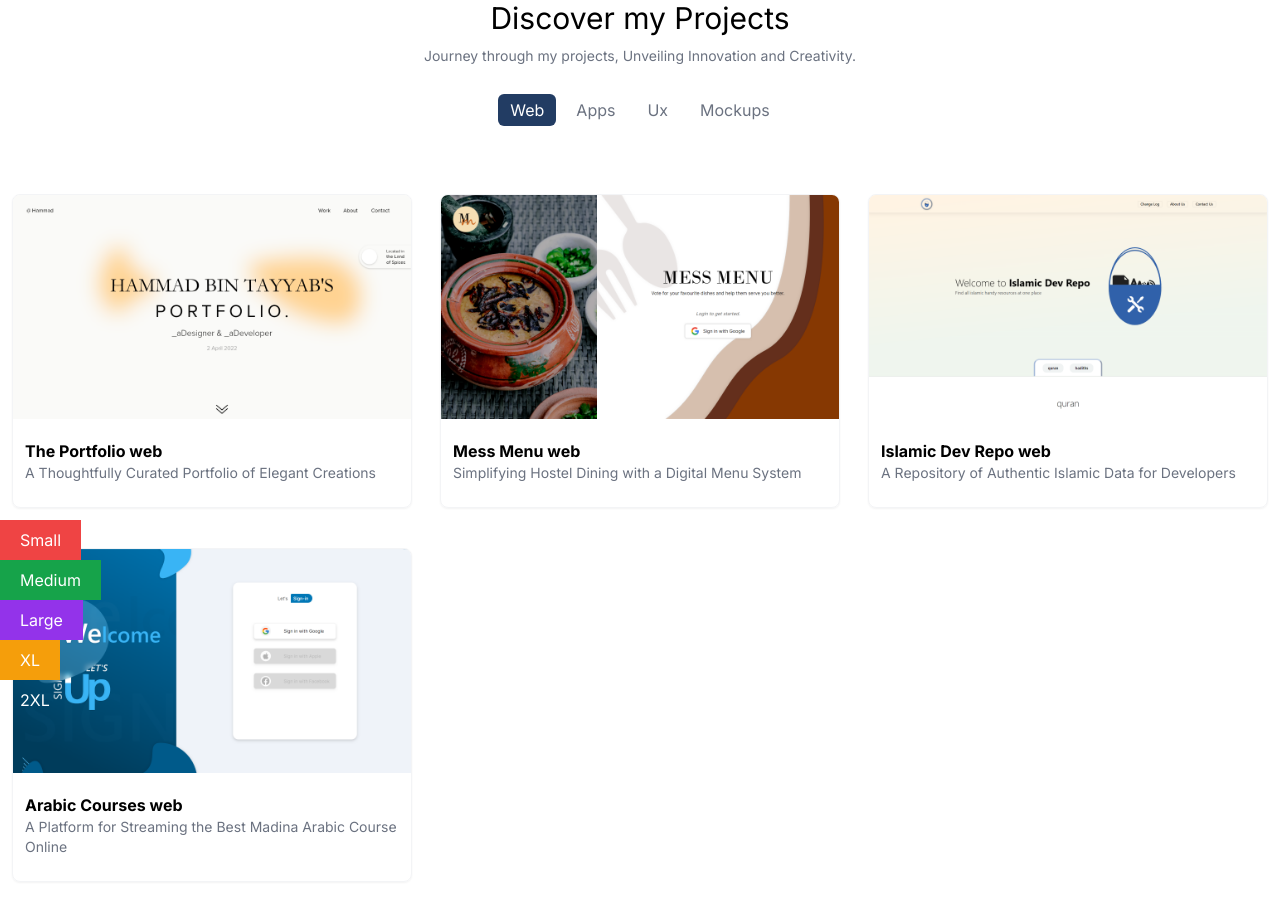
Repository: SpicierEwe/my_portfolio_v2
Page: /
An editor plug-in stored every save of this project. The page is shown before and after the next save, followed by the edit.
The browser window is 1280 px wide. The pictures show the whole page.
The project was rebuilt for these pictures with package versions that can differ from the ones it lists, and the page was loaded fresh each time. The framework's server and built-in components were replaced by stand-ins that run in the browser. Also part of the build but not shown: next.config.js, core/utils/customIcons.js, core/utils/utils.tsx, core/db/sub_db_data/ux_db.js.

Above is the page before, as saved 2024-04-22 12:01:43.

### app/page.tsx
import DevicePreview from "@/Components/Device_preview/device_preview";
import HeroSection from "@/Components/Hero_section/hero_section";
import WorkSection from "@/Components/Work_section/work_section";
import Image from "next/image";

export default function Home() {
  return (
    <main>
      <div className="absolute z-30 overflow-hidden bottom-0 ">
        <DevicePreview />
      </div>
      {/* <div className="overflow-hidden">
        <HeroSection />
      </div> */}

      <WorkSection />
    </main>
  );
}

### app/globals.css
@layer base {

  @font-face {
    font-family: 'Garamond';
    src: url('../public/fonts/EBGaramond-VariableFont_wght.ttf');

  }

  @font-face {
    font-family: 'Proxima Nova';
    src: url('../public/fonts/MarkSimonsonProximaNovaRegular.otf');
    font-weight: normal;
    font-style: normal;
  }


  @font-face {
    font-family: "Rage";
    src: url("../public/fonts/rage.ttf");
  }
}

@tailwind base;
@tailwind components;
@tailwind utilities;

:root {
  --foreground-rgb: 0, 0, 0;
  --background-start-rgb: 214, 219, 220;
  --background-end-rgb: 255, 255, 255;

}

@media (prefers-color-scheme: dark) {
  :root {
    --foreground-rgb: 255, 255, 255;
    --background-start-rgb: 0, 0, 0;
    --background-end-rgb: 0, 0, 0;
  }
}

body {

  /* background: #F5F5F5; */
}

### Components/Device_preview/device_preview.tsx
"use client";

import { use, useEffect, useState } from "react";

export default function DevicePreview() {
  return (
    <main className="flex flex-col justify-end ">
      {/* xs */}
      <div className=" text-right ">
        <p className="xs:bg-brand-color w-min text-white px-5 py-2">XS</p>
      </div>
      {/* sm */}
      <div className=" text-right ">
        <p className="sm:bg-red-500 w-min text-white px-5 py-2">Small</p>
      </div>
      {/* md */}
      <div className=" text-right ">
        <p className="md:bg-green-600 w-min px-5 py-2 text-white">Medium</p>
      </div>
      {/* lg */}
      <div className=" text-right ">
        <p className="lg:bg-purple-600 w-min px-5 py-2 text-white">Large</p>
      </div>
      {/* xl */}
      <div className=" text-right ">
        <p className="xl:bg-amber-500 w-min px-5 py-2 text-white">XL</p>
      </div>
      {/* 2xl */}
      <div className=" text-right ">
        <p className="2xl:bg-cyan-600 w-min px-5 py-2 text-white">2XL</p>
      </div>
    </main>
  );
}

### Components/Work_section/work_section.tsx
"use client";

import { db } from "../../core/db/db";
import Image from "next/image";
import Link from "next/link";
import { useState } from "react";

export default function WorkSection() {
  const navItems: string[] = Object.keys(db.portfolioItems);
  const [selectedNavItemIndex, setSelectedNavItemIndex] = useState<number>(0);
  return (
    <section className="">
      {/* header */}
      <header className="flex flex-col items-center pt-7">
        <h2 className="text-center text-2xl md:text-3xl">
          Discover my Projects
        </h2>
        <p className="text-center text-sm mt-2.5 text-gray-500">
          Journey through my projects, Unveiling Innovation and Creativity.
        </p>
      </header>
      {/* nav */}
      <nav>
        <ul className="flex justify-center mt-7 gap-2 flex-wrap">
          {navItems.map((item, index) => {
            const isSelected: Boolean = selectedNavItemIndex == index;
            return (
              <li
                className={`${
                  isSelected ? "bg-brand-color" : ""
                } px-3 py-1 rounded-md cursor-pointer`}
                onClick={() => setSelectedNavItemIndex(index)}
                key={index}
              >
                <Link
                  href="#"
                  className={`${
                    isSelected ? "text-white" : "text-gray-500"
                  } capitalize`}
                >
                  {item}
                </Link>
              </li>
            );
          })}
        </ul>
      </nav>

      <main>
        {/* projects */}
        <div className="grid grid-cols-1 sm:grid-cols-2 lg:grid-cols-3 gap-7 mt-14 px-3 py-3 sm:px-14 md:px-24">
          {(db.portfolioItems as any)[navItems[selectedNavItemIndex]].map(
            (item: any, index: number) => {
              const selectedNavItemName: string =
                navItems[selectedNavItemIndex];
              const projectName: string = item["projectName"];
              const imageLink: string = item["imageLink"];
              const tagLine = item["projectTagLine"];
              return (
                <div
                  key={index}
                  className="cursor-pointer shadow-sm rounded-lg overflow-hidden mb-3 border border-gray-100 hover:bg-gray-100 hover:border-gray-300
                  transition transform duration-300 ease-in-out"
                >
                  <Image
                    className="" // Group-based scaling
                    src={imageLink}
                    alt={projectName}
                    height={100}
                    width={100}
                    layout="responsive"
                  />
                  <div className="ml-3 mb-6 mt-5">
                    <p className="font-bold">
                      {projectName} {selectedNavItemName}
                    </p>
                    <p className="text-gray-500 text-sm">{tagLine}</p>
                  </div>
                </div>
              );
            }
          )}
        </div>
      </main>
    </section>
  );
}

### core/db/db.js
import { websitesDb } from "./sub_db_data/websites_db";
import { appsDb } from "./sub_db_data/apps_db";
import { uxDb } from "./sub_db_data/ux_db";
import { mockupsDb } from "./sub_db_data/mockups_db";

export const db = {
  portfolioItems: {
    web: websitesDb,
    apps: appsDb,
    ux: uxDb,
    mockups: mockupsDb,
  },
};

### core/db/sub_db_data/websites_db.js
import { embedCustomLinks } from "../../utils/utils";

export const websitesDb = [
  {
    projectName: "The Portfolio",
    projectId: "e2f9658b-f9bb-4d2c-ac8c-113a56d9204f",
    projectTagLine: "A Thoughtfully Curated Portfolio of Elegant Creations",
    link: "https://hammadtayyab.vercel.app/",
    imageLink: "/images/websites/my_portfolio.png",
    info: "This portfolio project showcases a minimalist design, highlighting my work and skills with clarity and finesse. The aim was to provide a seamless user experience and intuitive navigation, creating a comprehensive and sophisticated display of my professional journey.",
    roles: [
      "Data Analyst",
      "Designer",
      "Developer",
      "Maintainer",
      "Product Manager",
      "Tester/Quality Assurance",
      "Researcher",
      "DevOps Engineer",
      "Technical Writer",
      "Project Manager",
    ],
    techStack: [
      "NextJs",
      "React",
      "TypeScript",
      "TailwindCSS",
      "HTML",
      "CSS",
      "JavaScript",
      "Git",
      "Vercel",
    ],
  },
  {
    projectId: "566ec8d6-4d5d-4f22-9580-2c574f7122fb",
    projectName: "Mess Menu",
    projectTagLine: "Simplifying Hostel Dining with a Digital Menu System",
    link: "https://messmenu.vercel.app/",
    imageLink: "/images/websites/mess_menu.png",
    info: "This project streamlines the process of hostel dining by offering a digital menu system for students. Monthly menus are curated through community voting, allowing students to have a say in their dining options. Originating from a friend's final year project, the focus was on user-centric design and functionality, ensuring a seamless experience for all users.",
    roles: [
      "Data Analyst",
      "Designer",
      "Developer",
      "Maintainer",
      "Product Manager",
      "Tester/Quality Assurance",
      "Researcher",
      "DevOps Engineer",
      "Technical Writer",
      "Project Manager",
    ],
    techStack: [
      "NextJs",
      "React",
      "HTML",
      "CSS",
      "JavaScript",
      "Git",
      "Vercel",
      "Firebase",
      "Firebase Auth",
    ],
  },
  {
    projectId: "e3a52953-0a4d-43c3-b874-bd55925f6a7e",
    projectName: "Islamic Dev Repo",
    projectTagLine: "A Repository of Authentic Islamic Data for Developers",
    link: "https://islamic-dev-repo.vercel.app/",
    imageLink: "/images/websites/islamic_dev_repo.png",
    info: "This project offers developers a curated repository of reliable Islamic data that can be seamlessly integrated into various applications. With a focus on authenticity and compatibility across multiple devices, this repository provides a trustworthy source of information for developers working on Islamic-related projects.",
    roles: [
      "Data Analyst",
      "Designer",
      "Developer",
      "Maintainer",
      "Product Manager",
      "Tester/Quality Assurance",
      "Researcher",
      "DevOps Engineer",
      "Technical Writer",
      "Project Manager",
    ],
    techStack: [
      "NextJs",
      "React",
      "HTML",
      "CSS",
      "JavaScript",
      "Git",
      "Vercel",
      "Python",
    ],
  },
  {
    projectId: "87693335-b9d6-434c-8428-5d8266482050",
    projectName: "Arabic Courses",
    projectTagLine:
      "A Platform for Streaming the Best Madina Arabic Course Online",
    link: "https://arabiccourses.vercel.app/",
    imageLink: "/images/websites/arabic_courses.png",
    info: `The goal of this project was to establish an online platform for the popular Madina Arabic course, allowing users to stream videos from the cloud and track their progress. Initially, the videos were only available for download, but this platform offers a more convenient streaming experience. You can learn more about the course at ${embedCustomLinks(
      {
        link: "https://abdurrahman.org/arabic-learning/dvds/",
        title: "AbdurRahman.Org",
      }
    )}. Arabic Courses enhances accessibility and convenience for users, making the learning process smoother and more enjoyable.`,
    roles: [
      "Data Analyst",
      "Designer",
      "Developer",
      "Maintainer",
      "Product Manager",
      "Tester/Quality Assurance",
      "Researcher",
      "DevOps Engineer",
      "Technical Writer",
      "Project Manager",
    ],
    techStack: [
      "NextJs",
      "React",
      "HTML",
      "CSS",
      "JavaScript",
      "Git",
      "Vercel",
      "Firebase",
      "Firebase Auth",
    ],
  },
];

### core/db/sub_db_data/apps_db.js
import { embedCustomLinks } from "../../utils/utils";

export const appsDb = [
  {
    projectId: "38384ae3-5586-40be-b025-c9c3ad1094ef",
    projectName: "al Qur'an",
    projectTagLine: "All about the Qur'an in one app.",

    link: "https://play.google.com/store/apps/details?id=com.spicierewe.al_quran",

    imageLink: "/images/apps/al_quran.png",

    info: `The "al Qur'an" app offers a comprehensive experience of the Qur'an for users around the world. It includes a wide range of translations in various languages, tafseer (exegesis), access to over 49 reciters and translators, and much more. All data is sourced from the reliable platform ${embedCustomLinks(
      { link: "https://quran.com", title: "quran.com" }
    )}.`,

    roles: [
      "Data Analyst",
      "Designer",
      "Developer",
      "Maintainer",
      "Product Manager",
      "Tester/Quality Assurance",
      "Researcher",
      "DevOps Engineer",
      "Technical Writer",
      "Project Manager",
    ],

    techStack: ["Flutter", "Dart", "Git", "Adobe XD"],

    platforms: ["Android"],
  },
  {
    projectId: "1eeb435f-acbd-41e8-b826-440959bb6a57",
    projectName: "Riddle Me",
    projectTagLine: "Riddle Me: Unraveling Minds, One Clue at a Time!",

    link: "https://play.google.com/store/apps/details?id=com.spicierewe.RiddleMe",

    imageLink: "/images/apps/riddle_me.png",

    info: "Riddle Me is an engaging and challenging game designed to test your intelligence and problem-solving skills. This game stimulates creative thinking and encourages you to approach problems from different perspectives.",

    roles: [
      "Data Analyst",
      "Designer",
      "Developer",
      "Maintainer",
      "Product Manager",
      "Tester/Quality Assurance",
      "Researcher",
      "DevOps Engineer",
      "Technical Writer",
      "Project Manager",
    ],

    techStack: ["Flutter", "Dart", "Git", "Adobe XD"],

    platforms: ["Android"],
  },
  {
    projectId: "2ae7005c-16e2-4fe5-b7b0-20f5f826321e",
    projectName: "Food Deals",
    projectTagLine: "Find the best food deals at your fingertips.",

    link: "https://play.google.com/store/apps/details?id=com.spicierewe.food_deals",

    imageLink: "/images/apps/food_deals.png",

    info: "Food Deals is an app that helps users discover the best offers and discounts on their favorite food delivery services. Save money and enjoy your favorite meals by comparing prices across different platforms.",

    roles: [
      "Data Analyst",
      "Designer",
      "Developer",
      "Maintainer",
      "Product Manager",
      "Tester/Quality Assurance",
      "Researcher",
      "DevOps Engineer",
      "Technical Writer",
      "Project Manager",
    ],

    techStack: ["Flutter", "Dart", "Git", "Adobe XD"],

    platforms: ["Android"],
  },
  {
    projectId: "627de94f-59b4-4f85-bcf4-df6fbf22714e",
    projectName: "Hadith Collection",
    projectTagLine: "Access authentic hadiths of the Prophet Muhammad (pbuh).",

    link: "https://play.google.com/store/apps/details?id=com.spicierewe.ahadith_collection",

    imageLink: "/images/apps/ahadith_collection.png",

    info: `The "Hadith Collection" app provides a comprehensive and authentic collection of hadiths of the Prophet Muhammad (pbuh). It includes data from various reputable sources such as ${embedCustomLinks(
      { link: "https://sunnah.com", title: "sunnah.com" }
    )} for Arabic and English, and ${embedCustomLinks({
      link: "https://github.com/pakjiddat/islam-companion-web-api",
      title: "islam-companion-web-api",
    })} for Urdu data.`,

    roles: [
      "Data Analyst",
      "Designer",
      "Developer",
      "Maintainer",
      "Product Manager",
      "Tester/Quality Assurance",
      "Researcher",
      "DevOps Engineer",
      "Technical Writer",
      "Project Manager",
    ],

    techStack: ["Flutter", "Dart", "Git", "Adobe XD"],

    platforms: ["Android"],
  },
  {
    projectId: "7468bdef-5b24-454e-ae99-dd0a558441d7",
    projectName: "Study Practice",
    projectTagLine: "Practice makes perfect.",

    link: "https://play.google.com/store/apps/details?id=com.spicierewe.study_practice",

    imageLink: "/images/apps/study_practice.png",

    info: "Study Practice is a study companion app designed to help students prepare for competitive exams such as NEET and JEE. The app offers past exam questions, mock tests, and real-time progress tracking along with official study material.",

    roles: [
      "Data Analyst",
      "Designer",
      "Developer",
      "Maintainer",
      "Product Manager",
      "Tester/Quality Assurance",
      "Researcher",
      "DevOps Engineer",
      "Technical Writer",
      "Project Manager",
    ],

    techStack: ["Flutter", "Dart", "Git", "Adobe XD"],

    platforms: ["Android"],
  },
];

### core/db/sub_db_data/mockups_db.js
export const mockupsDb = [
  {
    phone_mockup_links: [],
    other_mockup_links: [
      "/images/mockups/eat_healthy_mockup.svg",
      "/images/mockups/bot_mockup_theme_light.svg",
      "/images/mockups/bot_mockup_theme_dark.svg",
      "/images/mockups/the_perfume_lab_price_list.png",
      "/images/mockups/noraty_business_hero_section.svg",
      "/images/mockups/gr_showcase.png",
      "/images/mockups/just_moved_showcase.png",
      "/images/mockups/archer_product_design.png",
      "/images/mockups/the_connection_poster.png",
      "/images/mockups/social_flow_flyer.png",
      "/images/mockups/LVD_roll_up_banner.png",
      "/images/mockups/ATS_flyer.png",
    ],
  },
];

### tailwind.config.js
const { reverse } = require("dns");
const defaultTheme = require("tailwindcss/defaultTheme");

/** @type {import('tailwindcss').Config} */
module.exports = {
  content: [
    "./pages/**/*.{js,ts,jsx,tsx,mdx}",
    "./components/**/*.{js,ts,jsx,tsx,mdx}",
    "./app/**/*.{js,ts,jsx,tsx,mdx}",
    "./core/**/*.{js,ts,jsx,tsx,mdx}",
  ],
  theme: {
    extend: {
      screens: { xs: { max: "640px" } },

      maxWidth: {
        "120rem": "120rem",
      },

      backgroundImage: {
        "gradient-radial": "radial-gradient(var(--tw-gradient-stops))",
        "gradient-conic":
          "conic-gradient(from 180deg at 50% 50%, var(--tw-gradient-stops))",
      },

      colors: {
        "brand-color": "#223c63",
        "primary-color": "#ffffff",
        "secondary-color": "#00A699",
        "accent-color": "#779ace",
      },

      keyframes: {
        wiggle: {
          "0%, 100%": { transform: "rotate(-3deg)" },
          "50%": { transform: "rotate(3deg)" },
        },

        levitate: {
          "0%": { transform: "translateY(50px)" },
          "50%": { transform: "translateY(-30px)  scale(1.1)" },
          "100%": { transform: "translateY(50px)" },
        },
        levitate_reverse: {
          "0%": { transform: "translateY(-90px)" },
          "50%": { transform: "translateY(30px)  scale(1.1)" },
          "100%": { transform: "translateY(-90px)" },
        },
      },

      animation: {
        "spin-slow": "spin 3s linear infinite",
        wiggle: "wiggle 1s ease-in-out infinite",
        levitate: "levitate 5s ease-in-out infinite",
        levitate_reverse: "levitate_reverse 5s ease-in-out infinite reverse",
      },

      fontFamily: {
        garmond: ["Garmond", ...defaultTheme.fontFamily.serif],
        custom_sans: ["Proxima Nova", ...defaultTheme.fontFamily.sans],
      },

      height: {
        dvh: "100dvh",
      },
    },
  },

  variants: {
    backgroundColor: ["responsive", "hover", "focus", "active"],
  },

  plugins: [],
};

Loaded but not shown: app/layout.tsx (common file)

After the next save:
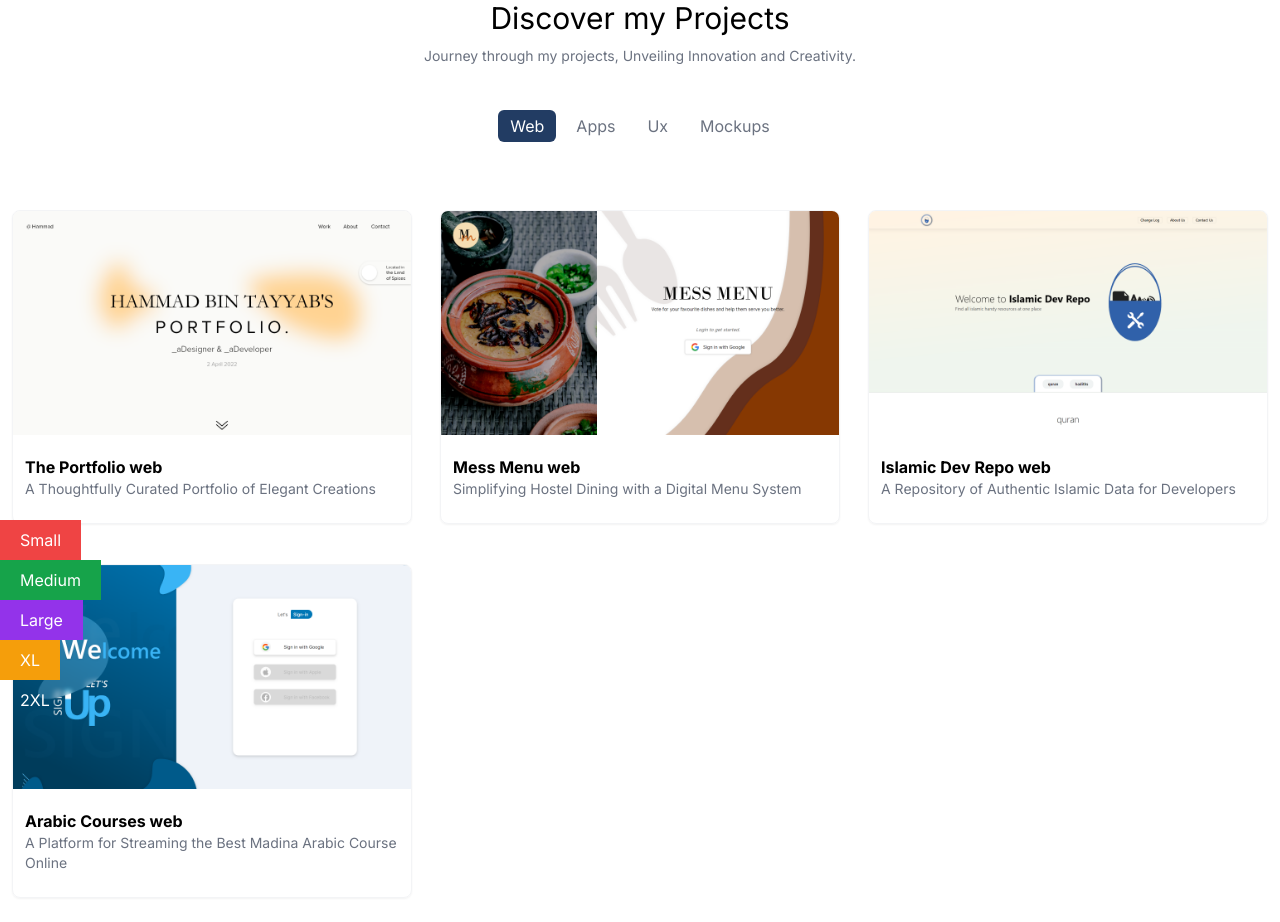
Saved 6 s later.
--- a/Components/Work_section/work_section.tsx
+++ b/Components/Work_section/work_section.tsx
@@ -21,7 +21,7 @@ export default function WorkSection() {
       </header>
       {/* nav */}
       <nav>
-        <ul className="flex justify-center mt-7 gap-2 flex-wrap">
+        <ul className="flex justify-center mt-11 gap-2 flex-wrap">
           {navItems.map((item, index) => {
             const isSelected: Boolean = selectedNavItemIndex == index;
             return (
